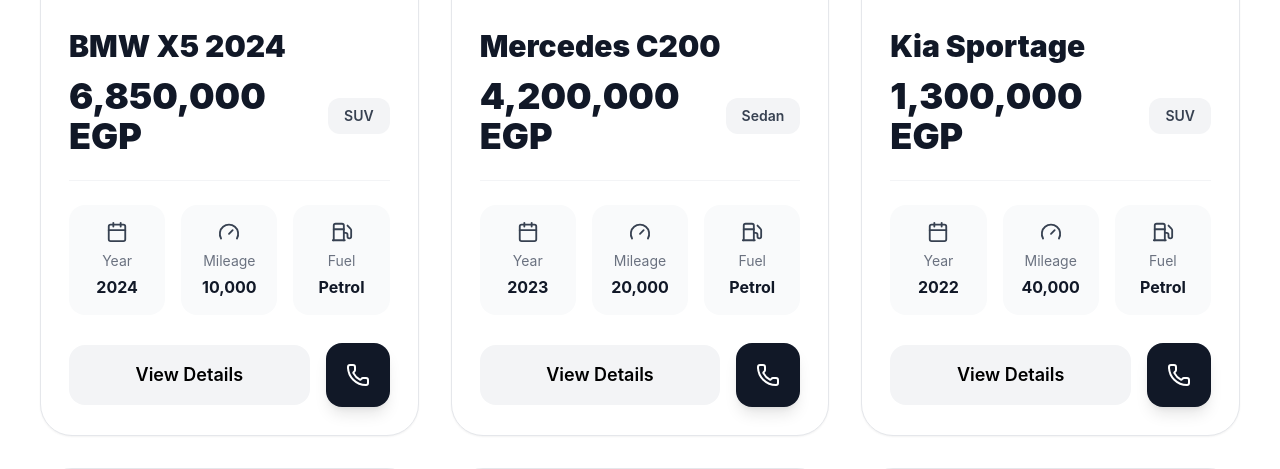
Repository: Hazem-Amr/Car-Price-Prediction
Page: / (app in frontend/)
An editor plug-in stored every save of this project. The page is shown before and after the next save, followed by the edit.
The browser window is 1280 px wide. The pictures show the part of the page from y = 1918 to 2387 px (the page is 7592 px tall).
Pictures or frames that could not be fetched are drawn as grey boxes. The project was rebuilt for these pictures with package versions that can differ from the ones it lists, and the page was loaded fresh each time. Also part of the build but not shown: frontend/vite.config.js, frontend/src/components/PricePredictorSection.jsx, frontend/src/data/userListings.js, frontend/src/components/CarsFilter.jsx, frontend/src/pages/Cars.jsx, frontend/src/pages/CarDetails.jsx, frontend/src/pages/Brands.jsx, frontend/src/pages/About.jsx and 5 more.

Above is the page before, as saved 2026-05-27 23:10:10.

### frontend/index.html
<!doctype html>
<html lang="en">
  <head>
    <meta charset="UTF-8" />
    <link rel="icon" type="image/svg+xml" href="/favicon.svg" />
    <meta name="viewport" content="width=device-width, initial-scale=1.0" />
    <title>Tara</title>
  </head>
  <body>
    <div id="root"></div>
    <script type="module" src="/src/main.jsx"></script>
  </body>
</html>

### frontend/src/App.jsx
import React from "react";
import { Routes, Route } from "react-router-dom";
import MainLayout from "./layouts/MainLayout";
import Home from "./pages/Home";
import Cars from "./pages/Cars";
import CarDetails from "./pages/CarDetails";
import Brands from "./pages/Brands";
import About from "./pages/About";
import Contact from "./pages/Contact";
import PricePredictor from "./pages/PricePredictor";
import SellCar from "./pages/SellCar";

export default function App() {
  return (
    <Routes>
      <Route path="/" element={<MainLayout />}>
        <Route index element={<Home />} />
        <Route path="/cars" element={<Cars />} />
        <Route path="/cars/:id" element={<CarDetails />} />
        <Route path="/brands" element={<Brands />} />
        <Route path="/price-predictor" element={<PricePredictor />} />
        <Route path="/sell-car" element={<SellCar />} />
        <Route path="/about" element={<About />} />
        <Route path="/contact" element={<Contact />} />
      </Route>
    </Routes>
  );
}

### frontend/src/index.css
@tailwind base;
@tailwind components;
@tailwind utilities;

html,
body,
#root {
  width: 100%;
  min-height: 100%;
  margin: 0;
  padding: 0;
  overflow-x: hidden;
}

body {
  font-family: Inter, sans-serif;
  background: #ffffff;
}

* {
  box-sizing: border-box;
}

### frontend/src/layouts/MainLayout.jsx
import React from "react";
import { Outlet } from "react-router-dom";
import Navbar from "../components/Navbar";
import Footer from "../components/Footer";

export default function MainLayout() {
  return (
    <div className="w-full min-h-screen bg-white overflow-x-hidden">
      <Navbar />

      <main className="w-full">
        <Outlet />
      </main>

      <Footer />
    </div>
  );
}

### frontend/src/pages/Home.jsx
import Hero from "../components/Hero";
import SearchBar from "../components/SearchBar";
import FeaturedCars from "../components/FeaturedCars";
import BrandGrid from "../components/BrandGrid";
import StatsSection from "../components/StatsSection";
import CTASection from "../components/CTASection";
import PricePredictor from "../components/PricePredictorSection";
import BrowseCategories from "../components/BrowseCategories";

export default function Home() {
  return (
    <>
      <Hero />
      <SearchBar />
      <BrowseCategories />
      <FeaturedCars />
      <BrandGrid />
      <StatsSection />
      <CTASection />
    </>
  );
}

### frontend/src/components/Navbar.jsx
import React, { useState } from "react";
import { Link, NavLink } from "react-router-dom";
import { Menu, X } from "lucide-react";
import logo from "../assets/logo.png";

const navLinks = [
  {
    name: "Home",
    path: "/",
  },

  {
    name: "Cars",
    path: "/cars",
  },

  {
    name: "Brands",
    path: "/brands",
  },

  {
    name: "AI Pricing",
    path: "/price-predictor",
  },

  {
    name: "About",
    path: "/about",
  },

  {
    name: "Contact",
    path: "/contact",
  },
];

export default function Navbar() {
  const [isOpen, setIsOpen] = useState(false);

  return (
    <header className="fixed top-0 left-0 w-full z-50 bg-white/90 backdrop-blur-xl border-b border-gray-100">
      <div className="max-w-[1400px] mx-auto px-6 md:px-10">
        <div className="flex items-center justify-between h-24">
          {/* Logo */}
          <Link to="/" className="flex items-center">
            <img src={logo} alt="Tara Logo" className="h-14 object-contain" />
          </Link>

          {/* Desktop Nav */}
          <nav className="hidden lg:flex items-center gap-10">
            {navLinks.map((link) => (
              <NavLink
                key={link.name}
                to={link.path}
                className={({ isActive }) =>
                  `text-lg font-semibold transition-all duration-300 ${
                    isActive
                      ? "text-gray-900"
                      : "text-gray-500 hover:text-gray-900"
                  }`
                }
              >
                {link.name}
              </NavLink>
            ))}

            {/* CTA */}
            <Link to="/sell-car">
              <button className="bg-gray-900 hover:bg-black text-white px-7 py-3 rounded-2xl font-semibold transition-all duration-300 shadow-lg">
                Sell Your Car
              </button>
            </Link>
          </nav>

          {/* Mobile Menu Button */}
          <button
            onClick={() => setIsOpen(!isOpen)}
            className="lg:hidden w-12 h-12 rounded-2xl bg-gray-100 flex items-center justify-center"
          >
            {isOpen ? (
              <X size={26} className="text-gray-900" />
            ) : (
              <Menu size={26} className="text-gray-900" />
            )}
          </button>
        </div>
      </div>

      {/* Mobile Menu */}
      {isOpen && (
        <div className="lg:hidden bg-white border-t border-gray-100 shadow-xl">
          <div className="px-6 py-8 flex flex-col gap-5">
            {navLinks.map((link) => (
              <NavLink
                key={link.name}
                to={link.path}
                onClick={() => setIsOpen(false)}
                className={({ isActive }) =>
                  `text-lg font-semibold transition ${
                    isActive
                      ? "text-gray-900"
                      : "text-gray-500 hover:text-gray-900"
                  }`
                }
              >
                {link.name}
              </NavLink>
            ))}

            {/* Mobile CTA */}
            <Link to="/sell-car" onClick={() => setIsOpen(false)}>
              <button className="mt-4 w-full bg-gray-900 hover:bg-black text-white h-14 rounded-2xl font-semibold transition">
                Sell Your Car
              </button>
            </Link>
          </div>
        </div>
      )}
    </header>
  );
}

### frontend/src/components/Hero.jsx
import React from "react";
import { Link } from "react-router-dom";

export default function Hero() {
  return (
    <section className="w-full bg-[#f5f5f7] py-24 overflow-hidden">
      <div className="max-w-[1400px] mx-auto px-6 md:px-10 grid lg:grid-cols-2 gap-16 items-center">
        <div>
          <h1 className="text-6xl font-black leading-tight text-gray-900 mb-8">
            Find Your
            <br />
            Perfect Car
          </h1>

          <p className="text-xl text-gray-600 leading-9 mb-10">
            Buy and sell used cars easily with a modern marketplace experience.
          </p>

          <Link to="/cars">
            <button className="bg-[#111827] hover:bg-black text-white px-8 py-5 rounded-2xl text-lg font-semibold transition-all duration-300 shadow-lg">
              Browse Cars
            </button>
          </Link>
        </div>

        <div>
          <img
            src="https://images.unsplash.com/photo-1492144534655-ae79c964c9d7"
            alt="car"
            className="w-full h-[500px] object-cover rounded-[40px] shadow-2xl"
          />
        </div>
      </div>
    </section>
  );
}

### frontend/src/components/SearchBar.jsx
import React, { useState } from "react";
import { Search } from "lucide-react";
import { useNavigate } from "react-router-dom";

import { cars } from "../data/cars";

export default function SearchBar() {
  const [search, setSearch] = useState("");
  const [brand, setBrand] = useState("");

  const navigate = useNavigate();

  // Dynamic Brands From cars.js
  const brands = [...new Set(cars.map((car) => car.name.split(" ")[0]))];

  // Handle Search
  const handleSearch = () => {
    navigate(
      `/cars?search=${encodeURIComponent(
        search,
      )}&brand=${encodeURIComponent(brand)}`,
    );
  };

  return (
    <section className="relative -mt-16 z-20">
      <div className="max-w-[1200px] mx-auto px-6">
        {/* Container */}
        <div className="bg-white rounded-[32px] shadow-2xl border border-gray-100 p-6 md:p-8">
          {/* Search Grid */}
          <div className="grid grid-cols-1 md:grid-cols-4 gap-5 items-center">
            {/* Search Input */}
            <div className="md:col-span-2">
              <input
                type="text"
                placeholder="Search cars..."
                value={search}
                onChange={(e) => setSearch(e.target.value)}
                onKeyDown={(e) => e.key === "Enter" && handleSearch()}
                className="w-full h-16 rounded-2xl border border-gray-200 px-6 text-lg outline-none focus:border-gray-900 transition"
              />
            </div>

            {/* Dynamic Brand Select */}
            <select
              value={brand}
              onChange={(e) => setBrand(e.target.value)}
              className="h-16 rounded-2xl border border-gray-200 px-5 text-lg outline-none focus:border-gray-900 transition bg-white"
            >
              <option value="">Brand</option>

              {brands.map((brandName) => (
                <option key={brandName} value={brandName}>
                  {brandName}
                </option>
              ))}
            </select>

            {/* Search Button */}
            <button
              onClick={handleSearch}
              className="h-16 rounded-2xl bg-gray-900 hover:bg-black transition text-white font-semibold text-lg flex items-center justify-center gap-3 shadow-lg"
            >
              <Search size={22} />
              Search
            </button>
          </div>

          {/* Bottom Filters */}
          <div className="flex flex-wrap items-center gap-4 mt-6">
            <button
              onClick={() => navigate("/cars?search=suv")}
              className="px-5 py-2 rounded-full bg-gray-100 hover:bg-gray-900 hover:text-white transition font-medium"
            >
              SUV
            </button>

            <button
              onClick={() => navigate("/cars?search=sedan")}
              className="px-5 py-2 rounded-full bg-gray-100 hover:bg-gray-900 hover:text-white transition font-medium"
            >
              Sedan
            </button>

            <button
              onClick={() => navigate("/cars?search=automatic")}
              className="px-5 py-2 rounded-full bg-gray-100 hover:bg-gray-900 hover:text-white transition font-medium"
            >
              Automatic
            </button>

            <button
              onClick={() => navigate("/cars")}
              className="px-5 py-2 rounded-full bg-gray-100 hover:bg-gray-900 hover:text-white transition font-medium"
            >
              Used Cars
            </button>
          </div>
        </div>
      </div>
    </section>
  );
}

### frontend/src/components/FeaturedCars.jsx
import React, { useState } from "react";
import { Link } from "react-router-dom";
import CarCard from "./CarCard";
import { cars } from "../data/cars";

const tabs = [
  {
    id: "all",
    label: "Featured Cars",
  },

  {
    id: "latest",
    label: "Latest Listings",
  },

  {
    id: "luxury",
    label: "Luxury Cars",
  },

  {
    id: "budget",
    label: "Budget Cars",
  },
];

export default function FeaturedCars() {
  const [activeTab, setActiveTab] = useState("all");

  const filteredCars =
    activeTab === "all"
      ? cars
      : cars.filter((car) => car.category === activeTab);

  return (
    <section className="py-24 bg-white">
      <div className="max-w-[1400px] mx-auto px-6 md:px-10">
        {/* Header */}
        <div className="flex flex-col lg:flex-row lg:items-center lg:justify-between gap-8 mb-14">
          {/* Title */}
          <div>
            <h2 className="text-5xl font-black text-gray-900 mb-4">
              Explore Cars
            </h2>

            <p className="text-xl text-gray-500">
              Discover premium listings tailored for you
            </p>
          </div>

          {/* Tabs */}
          <div className="flex flex-wrap gap-4">
            {tabs.map((tab) => (
              <button
                key={tab.id}
                onClick={() => setActiveTab(tab.id)}
                className={`px-6 py-3 rounded-2xl font-semibold transition-all duration-300 ${
                  activeTab === tab.id
                    ? "bg-gray-900 text-white shadow-lg"
                    : "bg-gray-100 text-gray-700 hover:bg-gray-100 hover:text-gray-900"
                }`}
              >
                {tab.label}
              </button>
            ))}
          </div>
        </div>

        {/* Cars Grid */}
        <div className="grid grid-cols-1 md:grid-cols-2 xl:grid-cols-3 gap-8">
          {filteredCars.map((car) => (
            <div
              key={car.id}
              className="hover:-translate-y-2 transition duration-300"
            >
              <CarCard car={car} />
            </div>
          ))}
        </div>

        {/* Bottom CTA */}
        <div className="flex justify-center mt-16">
          <Link to="/cars">
            <button className="bg-gray-100 hover:bg-gray-900 hover:text-white transition-all duration-300 px-8 py-4 rounded-2xl font-semibold text-lg">
              View All Cars
            </button>
          </Link>
        </div>
      </div>
    </section>
  );
}

### frontend/src/components/StatsSection.jsx
import React from "react";
import { Car, Users, BadgeCheck, Headphones } from "lucide-react";

const stats = [
  {
    value: "25K+",
    label: "Cars Listed",
    icon: Car,
  },
  {
    value: "10K+",
    label: "Happy Clients",
    icon: Users,
  },
  {
    value: "120+",
    label: "Brands",
    icon: BadgeCheck,
  },
  {
    value: "24/7",
    label: "Support",
    icon: Headphones,
  },
];

export default function StatsSection() {
  return (
    <section className="py-24 bg-[#f5f5f7]">
      <div className="max-w-[1400px] mx-auto px-6 md:px-10">
        {/* Header */}
        <div className="text-center mb-16">
          <h2 className="text-5xl font-black text-gray-900 mb-5">
            Trusted By Thousands
          </h2>

          <p className="text-xl text-gray-500">
            Egypt's leading car marketplace platform
          </p>
        </div>

        {/* Stats */}
        <div className="grid grid-cols-1 sm:grid-cols-2 lg:grid-cols-4 gap-8">
          {stats.map((item) => {
            const Icon = item.icon;

            return (
              <div
                key={item.label}
                className="bg-white rounded-3xl p-10 shadow-sm border border-gray-100 hover:shadow-2xl hover:-translate-y-2 transition-all duration-300"
              >
                {/* Icon */}
                <div className="w-16 h-16 rounded-2xl bg-gray-100 flex items-center justify-center mb-8">
                  <Icon size={32} className="text-gray-900" />
                </div>

                {/* Number */}
                <h3 className="text-5xl font-black text-gray-900 mb-4">
                  {item.value}
                </h3>

                {/* Label */}
                <p className="text-gray-500 text-lg">{item.label}</p>
              </div>
            );
          })}
        </div>
      </div>
    </section>
  );
}

### frontend/src/components/CTASection.jsx
import React from "react";
import { Link } from "react-router-dom";
import ctaCar from "../assets/cta-car.png";

export default function CTASection() {
  return (
    <section className="py-24 bg-white overflow-hidden">
      <div className="max-w-[1400px] mx-auto px-6 md:px-10">
        {/* CTA Card */}
        <div className="relative overflow-hidden rounded-[40px] bg-gradient-to-br from-[#0f172a] via-[#111827] to-[#1e293b] px-10 py-20 md:px-20">
          {/* Background Glow */}
          <div className="absolute top-0 right-0 w-[500px] h-[500px] bg-blue-500/10 rounded-full blur-3xl"></div>

          {/* Grid */}
          <div className="relative z-10 grid lg:grid-cols-2 gap-10 items-center">
            {/* LEFT CONTENT */}
            <div>
              {/* Badge */}
              <div className="inline-flex items-center gap-2 bg-white/10 backdrop-blur px-5 py-2 rounded-full text-white text-sm font-medium mb-8">
                Premium Marketplace
              </div>

              {/* Heading */}
              <h2 className="text-5xl md:text-6xl font-black text-white leading-tight mb-8">
                Ready To Find
                <br />
                Your Dream Car?
              </h2>

              {/* Text */}
              <p className="text-xl text-gray-300 leading-9 mb-12 max-w-2xl">
                Browse thousands of verified premium listings from trusted
                dealers across Egypt.
              </p>

              {/* Buttons */}
              <div className="flex flex-wrap gap-5">
                {/* Explore Cars */}
                <Link to="/cars">
                  <button className="bg-white text-gray-900 hover:bg-gray-200 transition-all duration-300 px-8 py-5 rounded-2xl text-lg font-semibold shadow-xl">
                    Explore Cars
                  </button>
                </Link>

                {/* Sell Your Car */}
                <Link to="/sell-car">
                  <button className="bg-white/10 hover:bg-white hover:text-gray-900 text-white transition-all duration-300 px-8 py-5 rounded-2xl text-lg font-semibold backdrop-blur border border-white/10">
                    Sell Your Car
                  </button>
                </Link>
              </div>
            </div>

            {/* RIGHT SIDE */}
            <div className="relative hidden lg:flex items-center justify-center">
              {/* Large Glow */}
              <div className="absolute w-[500px] h-[500px] bg-blue-500/20 blur-3xl rounded-full"></div>

              {/* Car PNG */}
              <img
                src={ctaCar}
                alt="Luxury Car"
                className="relative z-10 w-[720px] object-contain drop-shadow-[0_40px_80px_rgba(0,0,0,0.55)] hover:scale-105 transition duration-700"
              />

              {/* Floating Card */}
              <div className="absolute bottom-10 left-0 bg-white rounded-3xl px-6 py-5 shadow-2xl z-20">
                <p className="text-gray-500 text-sm mb-1">Premium Listings</p>

                <h3 className="text-4xl font-black text-gray-900">25K+</h3>
              </div>

              {/* Floating Badge */}
              <div className="absolute top-16 right-10 bg-white/10 backdrop-blur border border-white/10 text-white px-5 py-3 rounded-2xl z-20">
                Verified Dealers
              </div>
            </div>
          </div>
        </div>
      </div>
    </section>
  );
}

### frontend/src/data/cars.js
export const cars = [
  {
    id: 1,
    name: "BMW X5 2024",
    price: "6,850,000 EGP",
    image:
      "https://media.ed.edmunds-media.com/bmw/x5/2024/oem/2024_bmw_x5_4dr-suv_xdrive40i_fq_oem_1_815.jpg",
    year: 2024,
    km: "10,000",
    transmission: "Automatic",
    bodyType: "SUV",
    fuelType: "Petrol",
    color: "Blue",
    condition: "Excellent",
    phone: "+201012345678",
  },

  {
    id: 2,
    name: "Mercedes C200",
    price: "4,200,000 EGP",
    image:
      "https://legion-images.hatla2ee.com/original_image/3497b43a-1a5c-475b-a8b5-821b7f71e9b2/large.jpg",
    year: 2023,
    km: "20,000",
    transmission: "Automatic",
    bodyType: "Sedan",
    fuelType: "Petrol",
    color: "White",
    condition: "Excellent",
    phone: "+201098765432",
  },

  {
    id: 3,
    name: "Kia Sportage",
    price: "1,300,000 EGP",
    image:
      "https://www.edmunds.com/assets/m/cs/cms/6cbd0a6c-5175-487f-99e5-8cc4d07138c7/2026-kia-sportage-hybrid-01-f34.jpg",
    year: 2022,
    km: "40,000",
    transmission: "Automatic",
    bodyType: "SUV",
    fuelType: "Petrol",
    color: "Gray",
    condition: "Good",
    phone: "+201011122233",
  },

  {
    id: 4,
    name: "Audi RS7",
    price: "3,200,000 EGP",
    image: "https://images.unsplash.com/photo-1502877338535-766e1452684a",
    year: 2024,
    km: "5,000",
    transmission: "Automatic",
    bodyType: "Coupe",
    fuelType: "Petrol",
    color: "Red",
    condition: "Excellent",
    phone: "+201055566677",
  },

  {
    id: 5,
    name: "Toyota Corolla",
    price: "1,100,000 EGP",
    image: "https://images.unsplash.com/photo-1494905998402-395d579af36f",
    year: 2023,
    km: "15,000",
    transmission: "Automatic",
    bodyType: "Sedan",
    fuelType: "Petrol",
    color: "Silver",
    condition: "Excellent",
    phone: "+201022233344",
  },

  {
    id: 6,
    name: "Hyundai Elantra",
    price: "850,000 EGP",
    image: "https://images.unsplash.com/photo-1549399542-7e3f8b79c341",
    year: 2022,
    km: "35,000",
    transmission: "Automatic",
    bodyType: "Sedan",
    fuelType: "Petrol",
    color: "Blue",
    condition: "Good",
    phone: "+201077788899",
  },

  {
    id: 7,
    name: "Porsche Cayenne",
    price: "4,100,000 EGP",
    image: "https://images.unsplash.com/photo-1502161254066-6c74afbf07aa",
    year: 2024,
    km: "2,000",
    transmission: "Automatic",
    bodyType: "SUV",
    fuelType: "Petrol",
    color: "Black",
    condition: "Excellent",
    phone: "+201066677788",
  },

  {
    id: 8,
    name: "Range Rover Sport",
    price: "5,300,000 EGP",
    image: "https://images.unsplash.com/photo-1511919884226-fd3cad34687c",
    year: 2024,
    km: "1,000",
    transmission: "Automatic",
    bodyType: "SUV",
    fuelType: "Hybrid",
    color: "White",
    condition: "Excellent",
    phone: "+201044455566",
  },

  {
    id: 9,
    name: "Nissan Sunny",
    price: "690,000 EGP",
    image: "https://images.unsplash.com/photo-1489824904134-891ab64532f1",
    year: 2021,
    km: "55,000",
    transmission: "Automatic",
    bodyType: "Sedan",
    fuelType: "Petrol",
    color: "Silver",
    condition: "Fair",
    phone: "+201099988877",
  },

  {
    id: 10,
    name: "Chevrolet Captiva",
    price: "980,000 EGP",
    image: "https://images.unsplash.com/photo-1494976388531-d1058494cdd8",
    year: 2023,
    km: "18,000",
    transmission: "Automatic",
    bodyType: "SUV",
    fuelType: "Petrol",
    color: "Gray",
    condition: "Excellent",
    phone: "+201033344455",
  },

  {
    id: 11,
    name: "Tesla Model S",
    price: "3,900,000 EGP",
    image: "https://images.unsplash.com/photo-1503736334956-4c8f8e92946d",
    year: 2024,
    km: "3,000",
    transmission: "Automatic",
    bodyType: "Sedan",
    fuelType: "Electric",
    color: "Black",
    condition: "Excellent",
    phone: "+201088899900",
  },

  {
    id: 12,
    name: "Volkswagen Golf GTI",
    price: "1,450,000 EGP",
    image: "https://images.unsplash.com/photo-1544636331-e26879cd4d9b",
    year: 2022,
    km: "25,000",
    transmission: "Automatic",
    bodyType: "Hatchback",
    fuelType: "Petrol",
    color: "Red",
    condition: "Good",
    phone: "+201011199988",
  },
];

Loaded but not shown: frontend/src/main.jsx (common file); frontend/tailwind.config.js (common file); frontend/src/components/BrandGrid.jsx (154 lines, source omitted); frontend/src/components/Footer.jsx (125 lines, source omitted); frontend/src/components/CarCard.jsx (112 lines, source omitted); frontend/src/components/BrowseCategories.jsx (160 lines, source omitted)

After the next save:
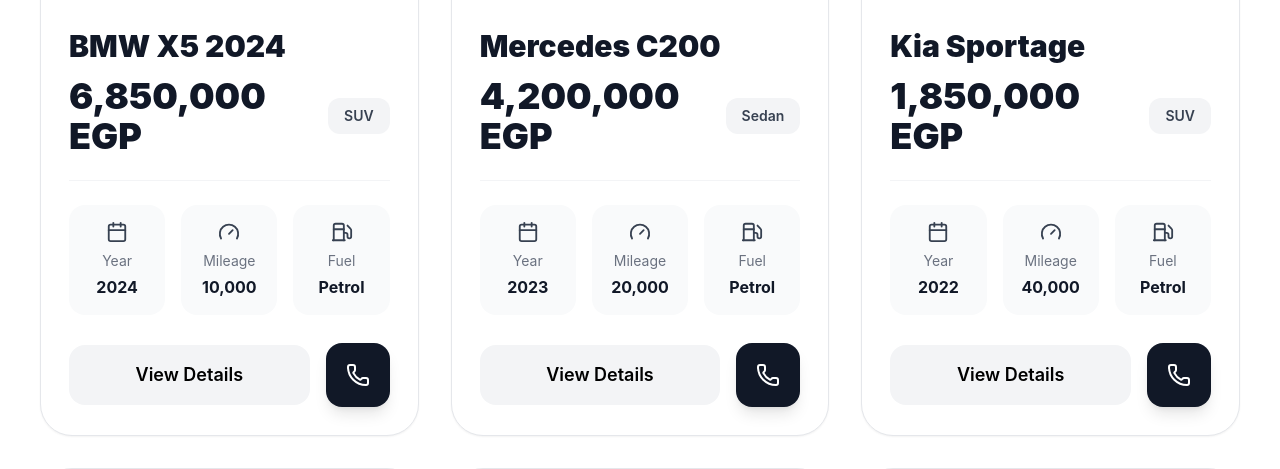
Saved 2 min 4 s later.
--- a/frontend/src/data/cars.js
+++ b/frontend/src/data/cars.js
@@ -34,7 +34,7 @@
   {
     id: 3,
     name: "Kia Sportage",
-    price: "1,300,000 EGP",
+    price: "1,850,000 EGP",
     image:
       "https://www.edmunds.com/assets/m/cs/cms/6cbd0a6c-5175-487f-99e5-8cc4d07138c7/2026-kia-sportage-hybrid-01-f34.jpg",
     year: 2022,
